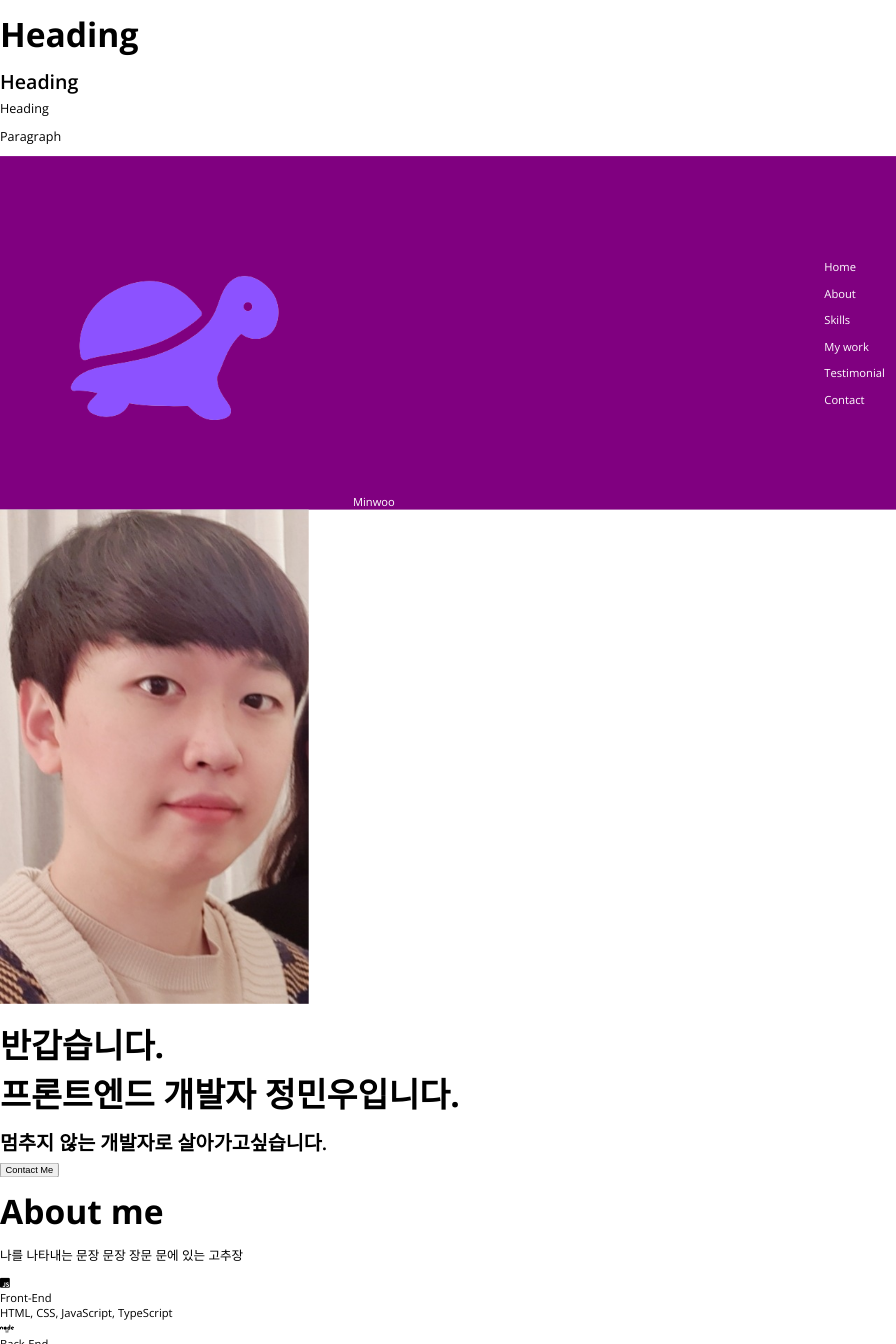
Repository: DevMinwoo-Jung/MinwooPortfolio
Page: index.html
The author's editor kept a copy of each file at every save. The page is drawn from the files as they stood at one save, then again after the next save.
The browser window is 1280 px wide. The pictures show the part of the page from y = 0 to 1920 px (the page is 7346 px tall before and 7381 px after), at 70% of full size.

Above is the page before, as saved 2021-05-31 14:01:29.

After the next save:
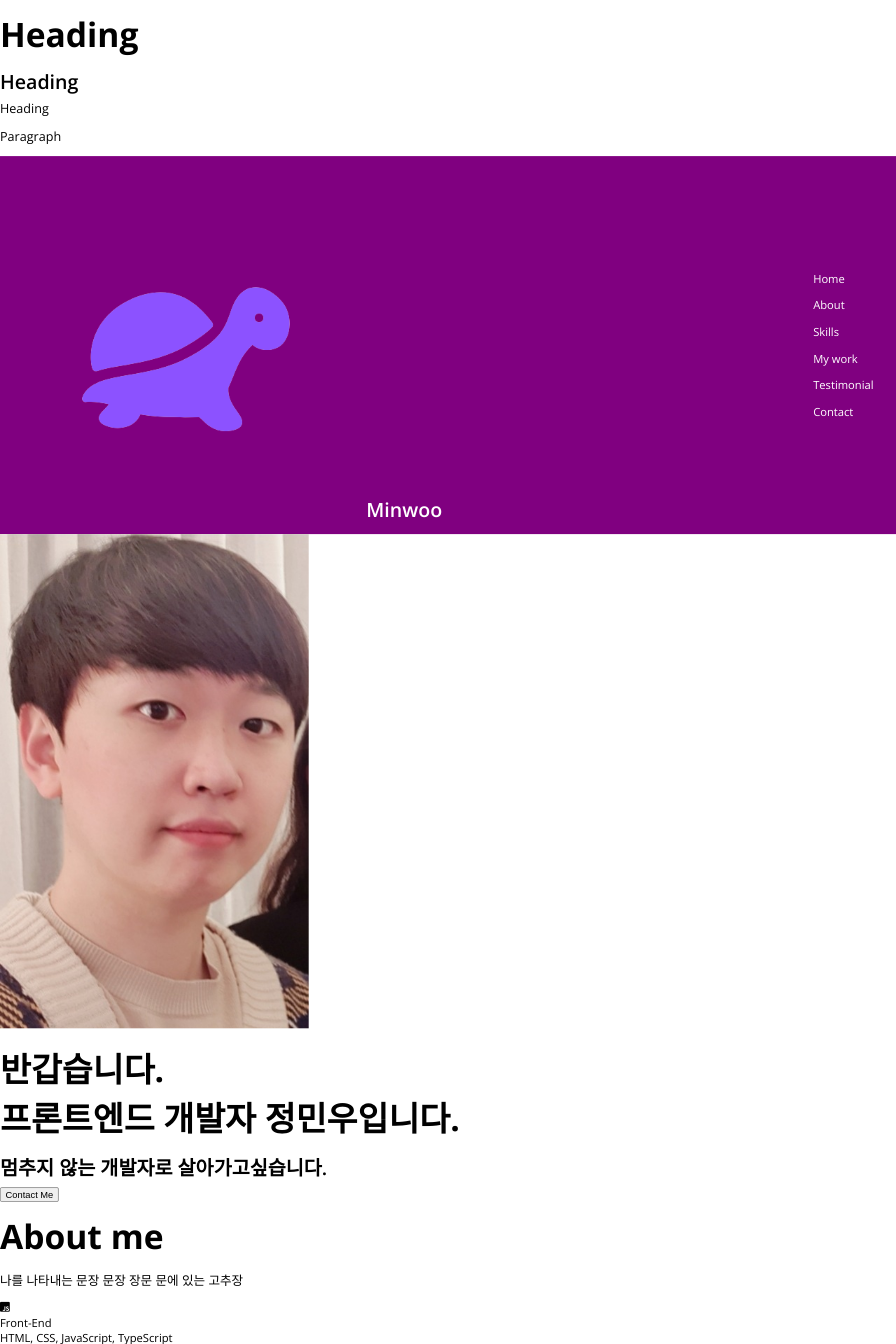
Saved 82 s later.
--- a/style.css
+++ b/style.css
@@ -66,6 +66,7 @@ p {
 body {
   margin: 0;
   font-family: "Open Sans", sans-serif;
+  cursor: default;
 }
 
 a {
@@ -85,6 +86,7 @@ ul {
   background-color: purple;
   align-items: center;
   color: var(--color-white);
+  padding: 16px;
 }
 
 .navbar__menu {
@@ -95,3 +97,8 @@ ul {
   padding: 8px 12px;
   margin: 0 4px;
 }
+
+.navbar__logo {
+  font-size: var(--font-medium);
+  font-weight: var(--weight-semi-bold);
+}
